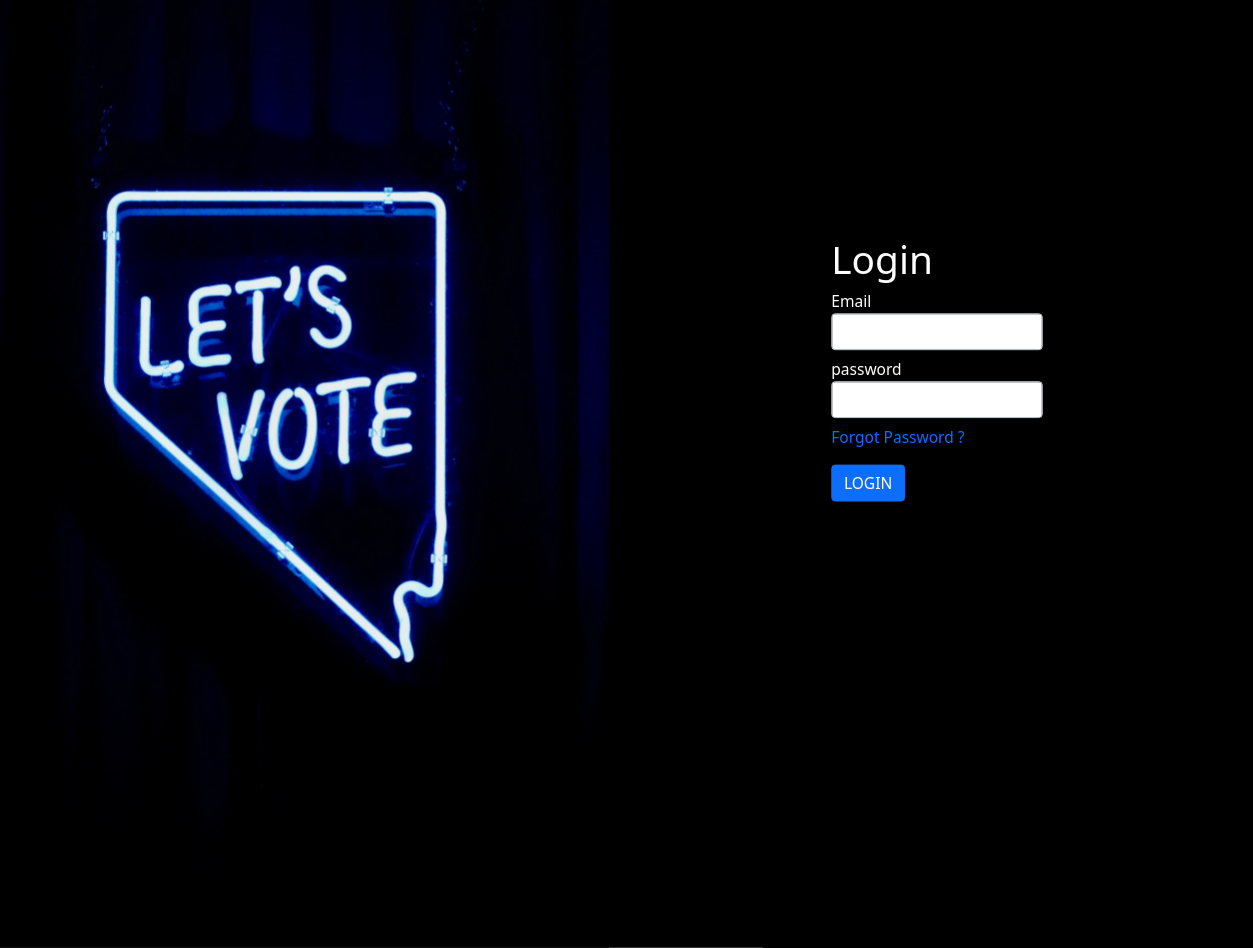
Repository: DavidManiIbrahim/Voting-app
Page: Login.html
The author's editor kept a copy of each file at every save. The page is drawn from the files as they stood at one save, then again after a run of saves.
The browser window is 1280 px wide. The page is 1292 px wide, so the pictures cover 1292 px, including what lies to the right of the window. The pictures show the whole page, at 97% of full size.

Above is the page before, as saved 2025-01-18 07:09:53.

### Login.html
<!DOCTYPE html>
<html lang="en">
<head>
    <meta charset="UTF-8">
    <meta name="viewport" content="width=device-width, initial-scale=1.0">
    <title>Login Page</title>
    <link rel="stylesheet" href="./bootstrap.css">
</head>
<body>

<style>
    form{
        position: relative;
        top: 20%;
    }
    .hero{
        background: #000;
    }
</style>

<div class="row hero">
    <div class="col-md  container-fluid">
        <img src="./unsplash_LA1VawaCjjI.svg" alt="login image" class=" img-fluid" width="100%">
    </div>
    <div class="col-md text-white align-items-center">
        <form action="" class="w-50 p-5 m-auto ">
            <h1>Login</h1>
            <label for="email" class="form-label">Email  <br>
                <input class="form-control" type="text">
            </label> <br>
            <label class="form-label"" for="password">password  <br>
                <input class="form-control" type="password" class="form-text">
            </label> <br>
            <span class="text-primary">Forgot Password ?</span> <br>
            <p></p>
            <button class="btn btn-primary">LOGIN</button>
        </form>
    </div>
</div>








<script src="./bootstrap.min.js"></script>
</body>
</html>

Loaded but not shown: bootstrap.css (library); bootstrap.min.js (library)

After the next 4 saves:
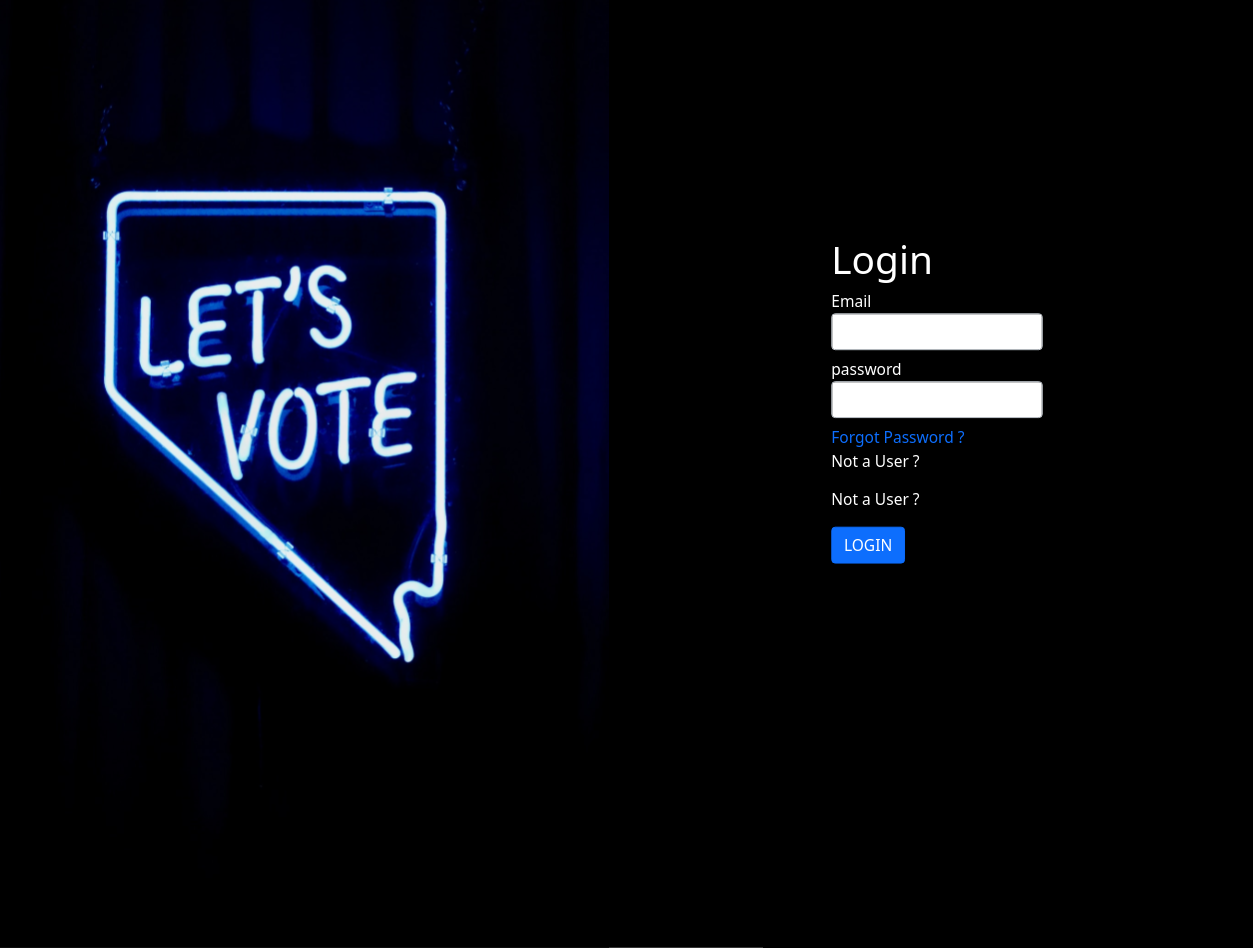
The 4 saves are shown as one change because they came seconds apart.
The last was saved 38 s later.
--- a/Login.html
+++ b/Login.html
@@ -32,7 +32,8 @@
                 <input class="form-control" type="password" class="form-text">
             </label> <br>
             <span class="text-primary">Forgot Password ?</span> <br>
-            <p></p>
+            <p>Not a User ?</p>
+            <p>Not a User ?</p>
             <button class="btn btn-primary">LOGIN</button>
         </form>
     </div>
